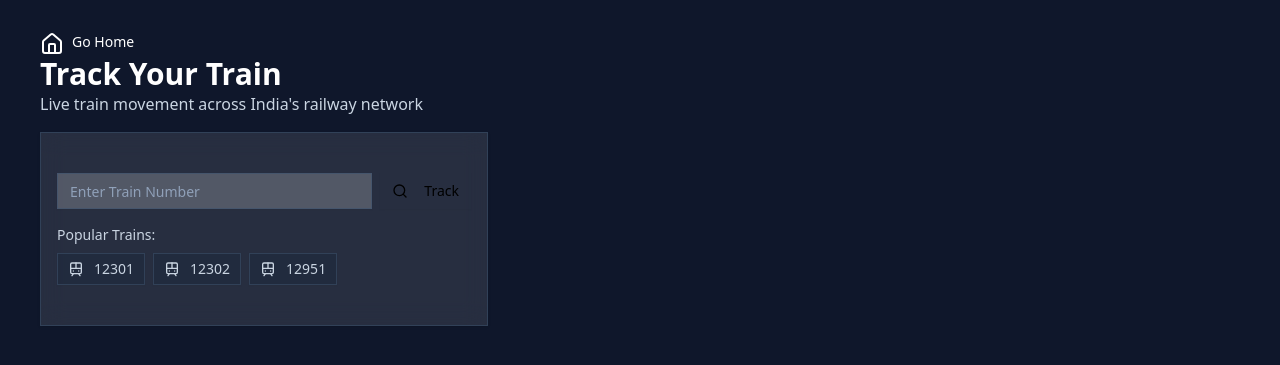
Repository: dhwanijain-dev/IRCTC
Page: /trackingtrain
The author's editor kept a copy of each file at every save. The page is drawn from the files as they stood at one save, then again after a run of saves.
The browser window is 1280 px wide. The pictures show the whole page.
The project was rebuilt for these pictures with package versions that can differ from the ones it lists, and the page was loaded fresh each time. The framework's server and built-in components were replaced by stand-ins that run in the browser. Also part of the build but not shown: next.config.js, src/components/ui/badge.tsx, src/components/train-status-panel.tsx.

Above is the page before, as saved 2025-03-23 22:37:59.

### src/app/layout.tsx


import type { Metadata } from "next";
import { Geist, Geist_Mono } from "next/font/google";
import "./globals.css";
import SmoothScrollLenis from "@/app/components/SmoothScrollLenis";


const geistSans = Geist({
  variable: "--font-geist-sans",
  subsets: ["latin"],
});

const geistMono = Geist_Mono({
  variable: "--font-geist-mono",
  subsets: ["latin"],
});

export const metadata: Metadata = {
  title: "Create Next App",
  description: "Generated by create next app",
};

export default function RootLayout({
  children,
}: Readonly<{
  children: React.ReactNode;


}>)

{

  return (
    <html lang="en" suppressHydrationWarning>
      <body
        className={`${geistSans.variable} ${geistMono.variable} antialiased`}
      >
      <SmoothScrollLenis />

          {children}

      </body>
    </html>
  );
}

### src/app/components/SmoothScrollLenis.tsx
"use client";
import { useEffect } from "react";
import Lenis from "@studio-freight/lenis";

const SmoothScrollLenis = () => {
    useEffect(() => {
        const lenis = new Lenis({
            smooth: true,
            lerp: 0.1, // Controls smoothness
        });

        const raf = (time) => {
            lenis.raf(time);
            requestAnimationFrame(raf);
        };

        requestAnimationFrame(raf);
    }, []);

    return (
        <></>
    );
};

export default SmoothScrollLenis;

### src/components/train-map.tsx
"use client"

import { useRef, useState, useEffect } from "react"
import { Canvas, useFrame, useThree } from "@react-three/fiber"
import { OrbitControls, Text, Line, useTexture } from "@react-three/drei"
import {Group, Vector3} from "three"
import { useSpring, animated } from "@react-spring/three"

interface LatLng {
  lat: number
  lng: number
}

interface Train {
  coordinates: LatLng[]
  progress: number
  route: { name: string; status: string }[]
}

interface TrainModelProps {
  position: [number, number, number]
  rotation: [number, number, number]
}

interface StationMarkerProps {
  position: Vector3
  name: string
  isActive: boolean
  isUpcoming: boolean
}

interface RailwayTrackProps {
  points: Vector3[]
}

interface IndiaMapProps {
  selectedTrain: Train | null
}

interface CameraLookAtProps {
  target: Vector3
}

function latLngToVector3(lat: number, lng: number, radius = 20): Vector3 {
  if (isNaN(lat) || isNaN(lng)) {
    console.error("Invalid coordinates:", { lat, lng });
    return new Vector3(0, 0, 0); // Return a default value or handle the error as needed
  }

  const phi = (90 - lat) * (Math.PI / 180);
  const theta = (lng + 180) * (Math.PI / 180);

  const x = -(radius * Math.sin(phi) * Math.cos(theta));
  const z = radius * Math.sin(phi) * Math.sin(theta);
  const y = radius * Math.cos(phi);

  return new Vector3(x, y, z);
}

function TrainModel({ position, rotation }: TrainModelProps) {
  const AnimatedMesh = animated.mesh

  return (
      <AnimatedMesh position={position} rotation={rotation}>
        {/* Train body */}
        <boxGeometry args={[0.4, 0.15, 0.2]} />
        <meshStandardMaterial color="#e11d48" />

        {/* Train roof */}
        <mesh position={[0, 0.1, 0]}>
          <boxGeometry args={[0.4, 0.05, 0.18]} />
          <meshStandardMaterial color="#be123c" />
        </mesh>

        {/* Train windows */}
        <mesh position={[0.1, 0.05, 0]} rotation={[0, 0, 0]}>
          <boxGeometry args={[0.08, 0.08, 0.21]} />
          <meshStandardMaterial color="#0ea5e9" />
        </mesh>
        <mesh position={[-0.1, 0.05, 0]} rotation={[0, 0, 0]}>
          <boxGeometry args={[0.08, 0.08, 0.21]} />
          <meshStandardMaterial color="#0ea5e9" />
        </mesh>
      </AnimatedMesh>
  )
}

function StationMarker({ position, name, isActive, isUpcoming }: StationMarkerProps) {
  const { camera } = useThree()
  const [visible, setVisible] = useState(false)

  useFrame(() => {
    // Make text always face the camera
    const lookAt = camera.position.clone()
    lookAt.y = position.y
    setVisible(true)
  })

  return (
      <group position={position}>
        <mesh>
          <sphereGeometry args={[0.08, 16, 16]} />
          <meshStandardMaterial
              color={isActive ? "#22c55e" : isUpcoming ? "#3b82f6" : "#94a3b8"}
              emissive={isActive ? "#22c55e" : isUpcoming ? "#3b82f6" : "#94a3b8"}
              emissiveIntensity={0.5}
          />
        </mesh>
        {visible && (
            <Text
                position={[0, 0.2, 0]}
                fontSize={0.15}
                color="white"
                anchorX="center"
                anchorY="bottom"
                outlineWidth={0.01}
                outlineColor="#0f172a"
            >
              {name}
            </Text>
        )}
      </group>
  )
}

function RailwayTrack({ points }: RailwayTrackProps) {
  return <Line points={points} color="#94a3b8" lineWidth={1} dashed={false} />
}

function IndiaMap({ selectedTrain }: IndiaMapProps) {
  const mapRef = useRef<Group>(null)
  const texture = useTexture("/placeholder.svg?height=1024&width=1024")

  const [trainPosition, setTrainPosition] = useState(new Vector3(0, 0, 0))
  const [trainRotation, setTrainRotation] = useState<[number, number, number]>([0, 0, 0])
  const [trackPoints, setTrackPoints] = useState<Vector3[]>([])
  const [stationPoints, setStationPoints] = useState<Vector3[]>([])

  const trainSpring = useSpring({
    position: trainPosition.toArray(),
    rotation: trainRotation,
    config: { tension: 120, friction: 14 },
  })

  useEffect(() => {
    if (selectedTrain) {
      // Validate coordinates
      const validCoordinates = selectedTrain.coordinates.filter(coord => !isNaN(coord.lat) && !isNaN(coord.lng));
      if (validCoordinates.length === 0) {
        console.error("No valid coordinates found for the selected train.");
        return;
      }

      // Convert coordinates to 3D points
      const points = validCoordinates.map(coord => latLngToVector3(coord.lat, coord.lng));

      setTrackPoints(points);
      setStationPoints(points);

      // Calculate current position based on progress
      const progress = selectedTrain.progress / 100;
      const totalPoints = points.length;
      const exactIndex = progress * (totalPoints - 1);
      const lowerIndex = Math.floor(exactIndex);
      const upperIndex = Math.min(lowerIndex + 1, totalPoints - 1);
      const fraction = exactIndex - lowerIndex;

      // Interpolate between points
      if (lowerIndex < totalPoints - 1) {
        const p1 = points[lowerIndex];
        const p2 = points[upperIndex];

        const newPosition = new Vector3().lerpVectors(p1, p2, fraction);
        setTrainPosition(newPosition);

        // Calculate rotation to face direction of travel
        const direction = new Vector3().subVectors(p2, p1).normalize();
        const angle = Math.atan2(direction.x, direction.z);
        setTrainRotation([0, angle, 0]);
      } else {
        setTrainPosition(points[totalPoints - 1]);
      }
    }
  }, [selectedTrain]);
  return (
      <group ref={mapRef}>
        <mesh rotation={[-Math.PI / 2, 0, 0]} position={[0, -0.5, 0]}>
          <planeGeometry args={[20, 20]} />
          <meshBasicMaterial color="#1e293b" opacity={0.7} transparent={true} map={texture} />
        </mesh>

        {trackPoints.length > 0 && <RailwayTrack points={trackPoints} />}

        {selectedTrain &&
            stationPoints.map((point, index) => {
              const station = selectedTrain.route[index]
              const isActive = station?.status === "current"
              const isUpcoming = station?.status === "upcoming"

              return (
                  <StationMarker
                      key={index}
                      position={point}
                      name={station?.name}
                      isActive={isActive}
                      isUpcoming={isUpcoming}
                  />
              )
            })}

        {/*{selectedTrain && <TrainModel position={trainSpring.position} rotation={trainSpring.rotation} />}*/}
        {selectedTrain && <TrainModel position={trainSpring.position.get()} rotation={trainSpring.rotation.get()} />}
      </group>
  )
}

function CameraLookAt({ target }: CameraLookAtProps) {
  const { camera } = useThree()

  useFrame(() => {
    if (target) {
      camera.lookAt(target)
    }
  })

  return null
}

export default function TrainMap({ selectedTrain }: { selectedTrain: Train | null }) {
  const target = new Vector3(0, 8.5, 0)
  return (
      <div className="absolute inset-0">
        <Canvas camera={{ position: [0, 10, 0], fov: 45 }}>
          <ambientLight intensity={0.5} />
          <pointLight position={[10, 10, 10]} intensity={0.8} />
          <IndiaMap selectedTrain={selectedTrain} />
          <CameraLookAt target={target} />
          <OrbitControls
              enablePan={true}
              enableZoom={true}
              enableRotate={true}
              minPolarAngle={Math.PI / 6}
              maxPolarAngle={Math.PI / 2}
          />
        </Canvas>
      </div>
  )
}

### src/components/train-search.tsx
"use client"

import { useState, FormEvent } from "react"
import { Button } from "@/components/ui/button"
import { Input } from "@/components/ui/input"
import { Card, CardContent } from "@/components/ui/card"
import { Search, Train } from "lucide-react"

// Sample train numbers for quick selection
const popularTrains = [
  { number: "12301", name: "Howrah-New Delhi Rajdhani" },
  { number: "12302", name: "New Delhi-Howrah Rajdhani" },
  { number: "12951", name: "Mumbai-Delhi Rajdhani" },
]

interface TrainSearchProps {
  onSearch: (trainNumber: string) => void
}

export default function TrainSearch({ onSearch }: TrainSearchProps) {
  const [trainNumber, setTrainNumber] = useState<string>("")

  const handleSubmit = (e: FormEvent) => {
    e.preventDefault()
    if (trainNumber.trim()) {
      onSearch(trainNumber.trim())
    }
  }

  return (
      <Card className="bg-white/10 backdrop-blur-md border-slate-700">
        <CardContent className="p-4">
          <form onSubmit={handleSubmit} className="space-y-4">
            <div className="flex space-x-2">
              <Input
                  type="text"
                  placeholder="Enter Train Number"
                  value={trainNumber}
                  onChange={(e) => setTrainNumber(e.target.value)}
                  className="bg-white/20 border-slate-600 text-white placeholder:text-slate-400"
              />
              <Button type="submit" variant="default">
                <Search className="h-4 w-4 mr-2" />
                Track
              </Button>
            </div>

            <div>
              <p className="text-sm text-slate-300 mb-2">Popular Trains:</p>
              <div className="flex flex-wrap gap-2">
                {popularTrains.map((train) => (
                    <Button
                        key={train.number}
                        variant="outline"
                        size="sm"
                        className="bg-slate-800/50 border-slate-700 text-slate-300 hover:bg-slate-700 hover:text-white"
                        onClick={() => {
                          setTrainNumber(train.number)
                          onSearch(train.number)
                        }}
                    >
                      <Train className="h-3 w-3 mr-1" />
                      {train.number}
                    </Button>
                ))}
              </div>
            </div>
          </form>
        </CardContent>
      </Card>
  )
}

### src/components/ui/card.tsx
'use client'
import * as React from "react"

import { cn } from "@/lib/utils"

function Card({ className, ...props }: React.ComponentProps<"div">) {
  return (
    <div
      data-slot="card"
      className={cn(
        "bg-card text-card-foreground flex flex-col gap-6 rounded-xl border py-6 shadow-sm",
        className
      )}
      {...props}
    />
  )
}

function CardHeader({ className, ...props }: React.ComponentProps<"div">) {
  return (
    <div
      data-slot="card-header"
      className={cn(
        "@container/card-header grid auto-rows-min grid-rows-[auto_auto] items-start gap-1.5 px-6 has-data-[slot=card-action]:grid-cols-[1fr_auto] [.border-b]:pb-6",
        className
      )}
      {...props}
    />
  )
}

function CardTitle({ className, ...props }: React.ComponentProps<"div">) {
  return (
    <div
      data-slot="card-title"
      className={cn("leading-none font-semibold", className)}
      {...props}
    />
  )
}

function CardDescription({ className, ...props }: React.ComponentProps<"div">) {
  return (
    <div
      data-slot="card-description"
      className={cn("text-muted-foreground text-sm", className)}
      {...props}
    />
  )
}

function CardAction({ className, ...props }: React.ComponentProps<"div">) {
  return (
    <div
      data-slot="card-action"
      className={cn(
        "col-start-2 row-span-2 row-start-1 self-start justify-self-end",
        className
      )}
      {...props}
    />
  )
}

function CardContent({ className, ...props }: React.ComponentProps<"div">) {
  return (
    <div
      data-slot="card-content"
      className={cn("px-6", className)}
      {...props}
    />
  )
}

function CardFooter({ className, ...props }: React.ComponentProps<"div">) {
  return (
    <div
      data-slot="card-footer"
      className={cn("flex items-center px-6 [.border-t]:pt-6", className)}
      {...props}
    />
  )
}

export {
  Card,
  CardHeader,
  CardFooter,
  CardTitle,
  CardAction,
  CardDescription,
  CardContent,
}

### src/components/ui/button.tsx
'use client'
import * as React from "react"
import { Slot } from "@radix-ui/react-slot"
import { cva, type VariantProps } from "class-variance-authority"

import { cn } from "@/lib/utils"

const buttonVariants = cva(
  "inline-flex items-center justify-center gap-2 whitespace-nowrap rounded-md text-sm font-medium transition-all disabled:pointer-events-none disabled:opacity-50 [&_svg]:pointer-events-none [&_svg:not([class*='size-'])]:size-4 shrink-0 [&_svg]:shrink-0 outline-none focus-visible:border-ring focus-visible:ring-ring/50 focus-visible:ring-[3px] aria-invalid:ring-destructive/20 dark:aria-invalid:ring-destructive/40 aria-invalid:border-destructive",
  {
    variants: {
      variant: {
        default:
          "bg-primary text-primary-foreground shadow-xs hover:bg-primary/90",
        destructive:
          "bg-destructive text-white shadow-xs hover:bg-destructive/90 focus-visible:ring-destructive/20 dark:focus-visible:ring-destructive/40 dark:bg-destructive/60",
        outline:
          "border bg-background shadow-xs hover:bg-accent hover:text-accent-foreground dark:bg-input/30 dark:border-input dark:hover:bg-input/50",
        secondary:
          "bg-secondary text-secondary-foreground shadow-xs hover:bg-secondary/80",
        ghost:
          "hover:bg-accent hover:text-accent-foreground dark:hover:bg-accent/50",
        link: "text-primary underline-offset-4 hover:underline",
      },
      size: {
        default: "h-9 px-4 py-2 has-[>svg]:px-3",
        sm: "h-8 rounded-md gap-1.5 px-3 has-[>svg]:px-2.5",
        lg: "h-10 rounded-md px-6 has-[>svg]:px-4",
        icon: "size-9",
      },
    },
    defaultVariants: {
      variant: "default",
      size: "default",
    },
  }
)

function Button({
  className,
  variant,
  size,
  asChild = false,
  ...props
}: React.ComponentProps<"button"> &
  VariantProps<typeof buttonVariants> & {
    asChild?: boolean
  }) {
  const Comp = asChild ? Slot : "button"

  return (
    <Comp
      data-slot="button"
      className={cn(buttonVariants({ variant, size, className }))}
      {...props}
    />
  )
}

export { Button, buttonVariants }

### src/components/ui/input.tsx
'use client'
import * as React from "react"

import { cn } from "@/lib/utils"

function Input({ className, type, ...props }: React.ComponentProps<"input">) {
  return (
    <input
      type={type}
      data-slot="input"
      className={cn(
        "file:text-foreground placeholder:text-muted-foreground selection:bg-primary selection:text-primary-foreground dark:bg-input/30 border-input flex h-9 w-full min-w-0 rounded-md border bg-transparent px-3 py-1 text-base shadow-xs transition-[color,box-shadow] outline-none file:inline-flex file:h-7 file:border-0 file:bg-transparent file:text-sm file:font-medium disabled:pointer-events-none disabled:cursor-not-allowed disabled:opacity-50 md:text-sm",
        "focus-visible:border-ring focus-visible:ring-ring/50 focus-visible:ring-[3px]",
        "aria-invalid:ring-destructive/20 dark:aria-invalid:ring-destructive/40 aria-invalid:border-destructive",
        className
      )}
      {...props}
    />
  )
}

export { Input }

Loaded but not shown: src/app/globals.css (common file); src/lib/utils.ts (common file); src/app/trackingtrain/page.tsx (329 lines, source omitted)

After the next 2 saves:
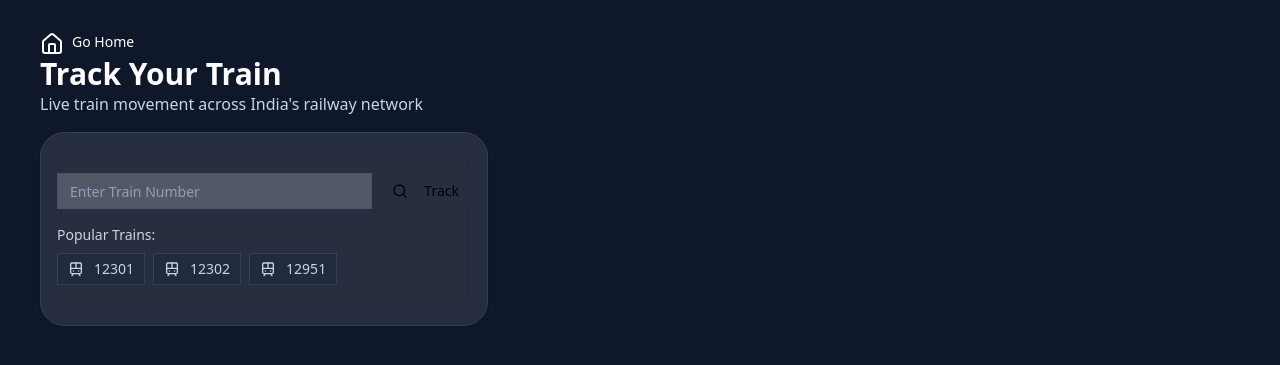
The 2 saves are shown as one change because they came seconds apart.
The last was saved 9 s later.
--- a/src/components/train-search.tsx
+++ b/src/components/train-search.tsx
@@ -28,7 +28,7 @@ export default function TrainSearch({ onSearch }: TrainSearchProps) {
   }
 
   return (
-      <Card className="bg-white/10 backdrop-blur-md border-slate-700">
+    <Card className="bg-white/10 backdrop-blur-md border-slate-700 rounded-3xl">
         <CardContent className="p-4">
           <form onSubmit={handleSubmit} className="space-y-4">
             <div className="flex space-x-2">
